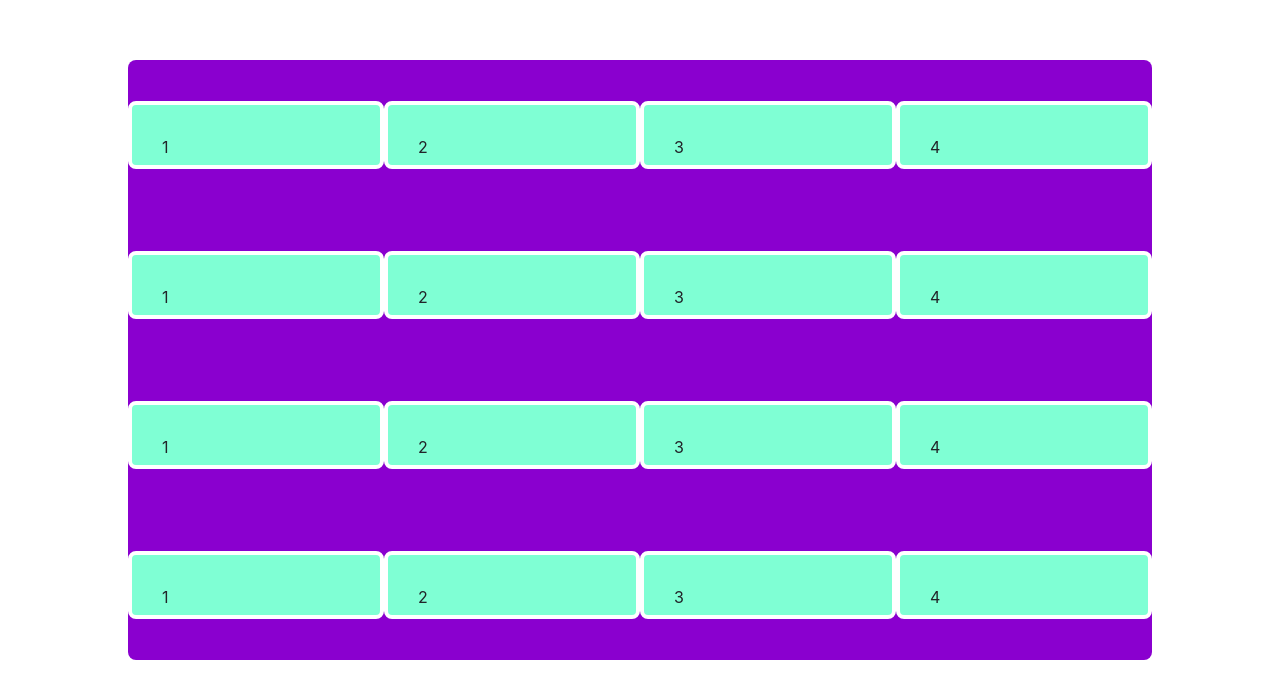
Repository: alessandradiamantino/Curso-Front-End-Design
Page: 1 - Introdução ao HTML e CSS/3 - Layouts, Grids e Flexbox/Bootstrap Grid system/index.html
An editor plug-in stored every save of this project. The page is shown before and after the next save, followed by the edit.
The browser window is 1280 px wide. The pictures show the whole page.

Above is the page before, as saved 2023-04-24 10:53:14.

### 1 - Introdução ao HTML e CSS/3 - Layouts, Grids e Flexbox/Bootstrap Grid system/index.html
<!DOCTYPE html>
<html lang="en">
<head>
  <meta charset="UTF-8">
  <meta http-equiv="X-UA-Compatible" content="IE=edge">
  <meta name="viewport" content="width=device-width, initial-scale=1.0">
  <link rel="stylesheet" href="css/bootstrap.min.css">
  <link rel="stylesheet" href="css/style.css">
  <title>Document</title>
</head>

<body>
 <!--
  <div class="my-box container justify-content-center"> <!-- container responsivo
  <div class="row">
    <div class="col-sm- col-lg-3 div-1">DIV 1</div>
    <div class="col-sm- col-lg-2 div-2">DIV 2</div>
    <div class="col-sm- col-lg-2 div-3">DIV 3</div>
  </div>
   </div>
-->
   <div class="my-container">
    <div class="my-item">
      1
    </div>
    <div class="my-item">
      2
    </div>
    <div class="my-item">
      3
    </div>
    <div class="my-item">
      4
    </div>
    <div class="my-item">
      1
    </div>
    <div class="my-item">
      2
    </div>
    <div class="my-item">
      3
    </div>
    <div class="my-item">
      4
    </div><div class="my-item">
      1
    </div>
    <div class="my-item">
      2
    </div>
    <div class="my-item">
      3
    </div>
    <div class="my-item">
      4
    </div><div class="my-item">
      1
    </div>
    <div class="my-item">
      2
    </div>
    <div class="my-item">
      3
    </div>
    <div class="my-item">
      4
    </div>
   </div>
</body>
</html>

### 1 - Introdução ao HTML e CSS/3 - Layouts, Grids e Flexbox/Bootstrap Grid system/css/style.css
* {
  box-sizing: border-box;
}
body {
  margin: 0;
  padding: 0;
}

.my-box{
  height: 100px;
}

.my-container{
  display: flex;
  width: 80%;
  height: 600px;
  margin: 60px auto;
  background-color: #8a00cf;
  border-radius: 8px;
  /*flex-direction: row;
  flex-wrap: wrap;*/
  flex-flow: row wrap;
  justify-content: space-between;
  align-items: flex-start;
  align-content: space-around;
}

.my-item {
  height: 50px;
  padding: 30px;
  background-color: aquamarine;
  border-radius: 8px;
  border: 4px solid white;
  flex-basis: 25%;
}

.my-box div {
  background-color: blueviolet;
  height: 80px;
  margin-top: 10px;
}

.my-box .div-1 {
  background-color: aquamarine;
}

.my-box .div-2 {
  background-color: bisque;
}

.my-box .div-3 {
  background-color: cornflowerblue;
}

Loaded but not shown: 1 - Introdução ao HTML e CSS/3 - Layouts, Grids e Flexbox/Bootstrap Grid system/css/bootstrap.min.css (library)

After the next save:
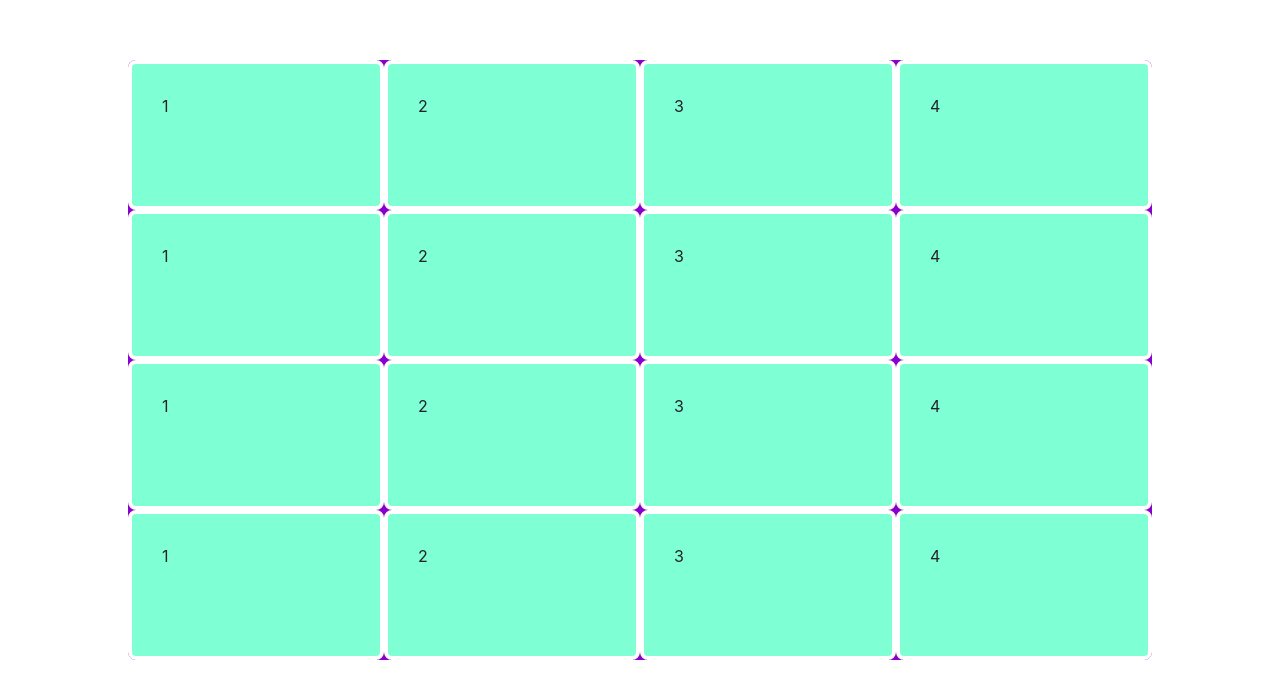
Saved 8 s later.
--- a/1 - Introdução ao HTML e CSS/3 - Layouts, Grids e Flexbox/Bootstrap Grid system/css/style.css
+++ b/1 - Introdução ao HTML e CSS/3 - Layouts, Grids e Flexbox/Bootstrap Grid system/css/style.css
@@ -26,7 +26,7 @@ body {
 }
 
 .my-item {
-  height: 50px;
+  height: 150px;
   padding: 30px;
   background-color: aquamarine;
   border-radius: 8px;
